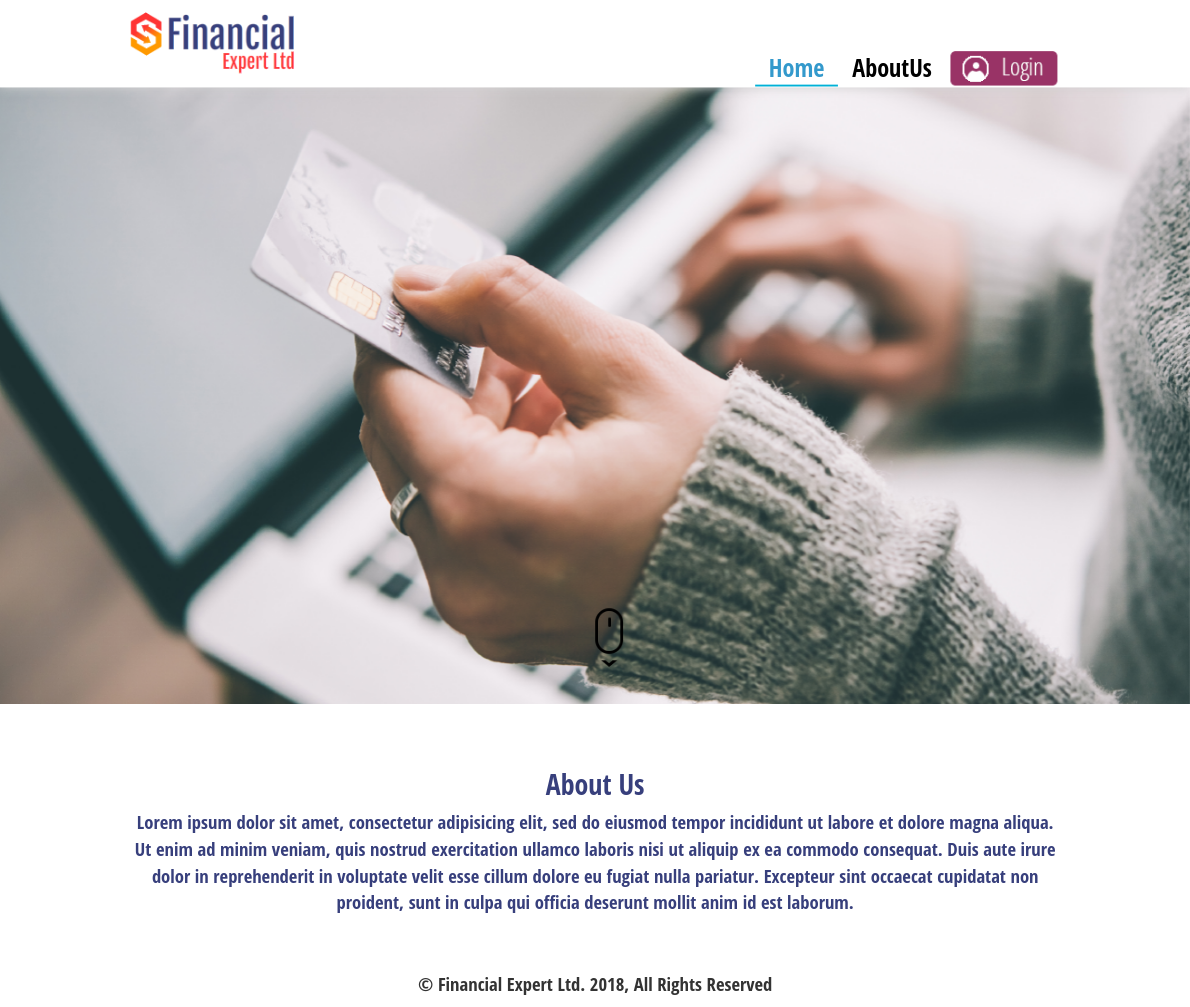
Repository: intkhabahmed/AcceleratedBootcampWebsites
Page: http://localhost/BenefitsCards/UI/index.jsp
The author's editor kept a copy of each file at every save. The page is drawn from the files as they stood at one save, then again after the next save.
The browser window is 1280 px wide. The pictures show the whole page, at 93% of full size.
Some web fonts or font styles are not loaded; a fallback is used. The page is served by Tomcat 9. Nobody is signed in. The application's start-up code is not run.

Above is the page before, as saved 2018-01-29 06:49:22.

After the next save:
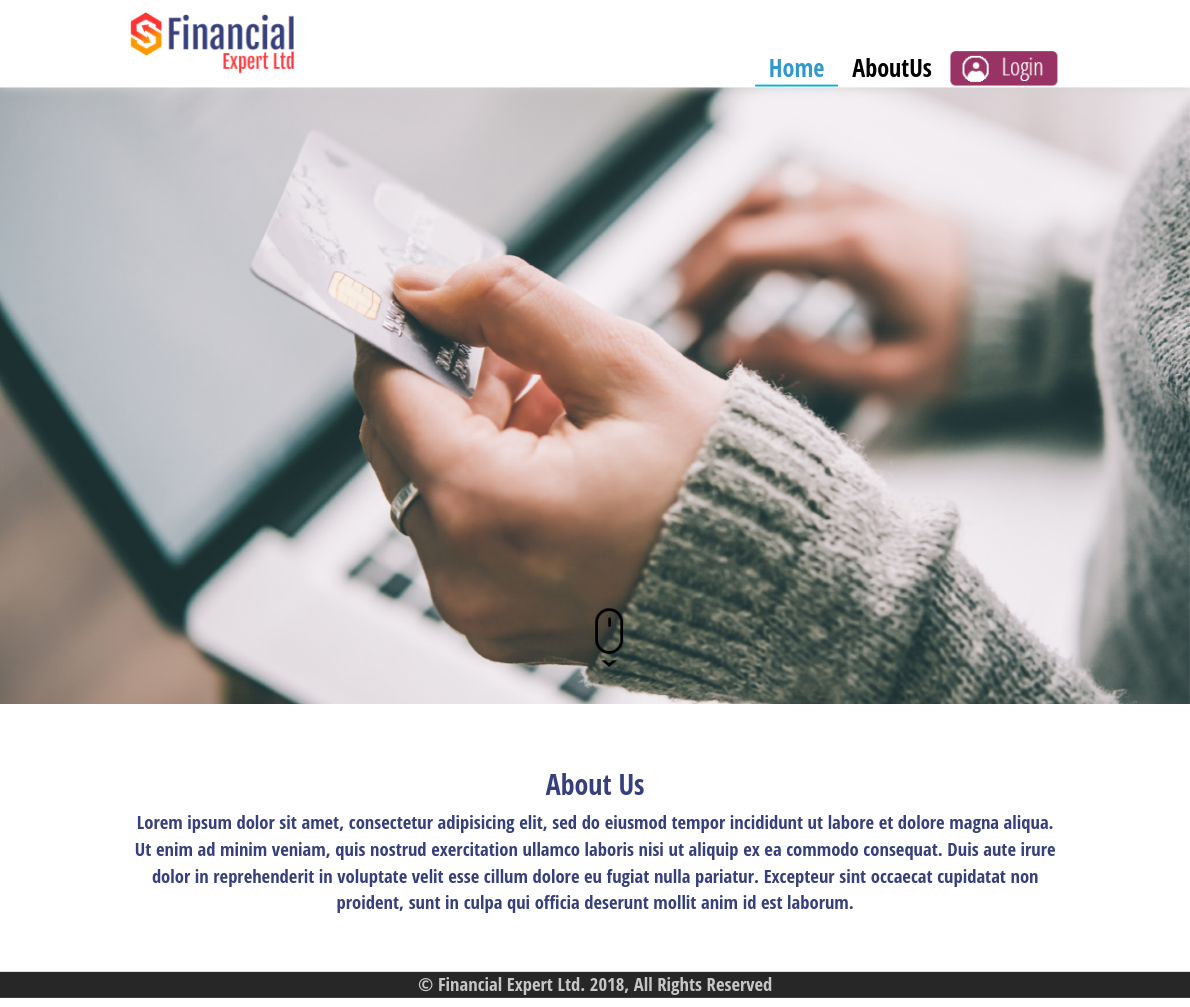
Saved 37 s later.
--- a/BenefitsCards/WebContent/css/custom.css
+++ b/BenefitsCards/WebContent/css/custom.css
@@ -276,7 +276,8 @@ hr {
 
 /***********************Footer******************************************/
 #footer {
-
+	background: #282727;
+	color: #c7c7c7;
 }
 
 #footerSpace{
